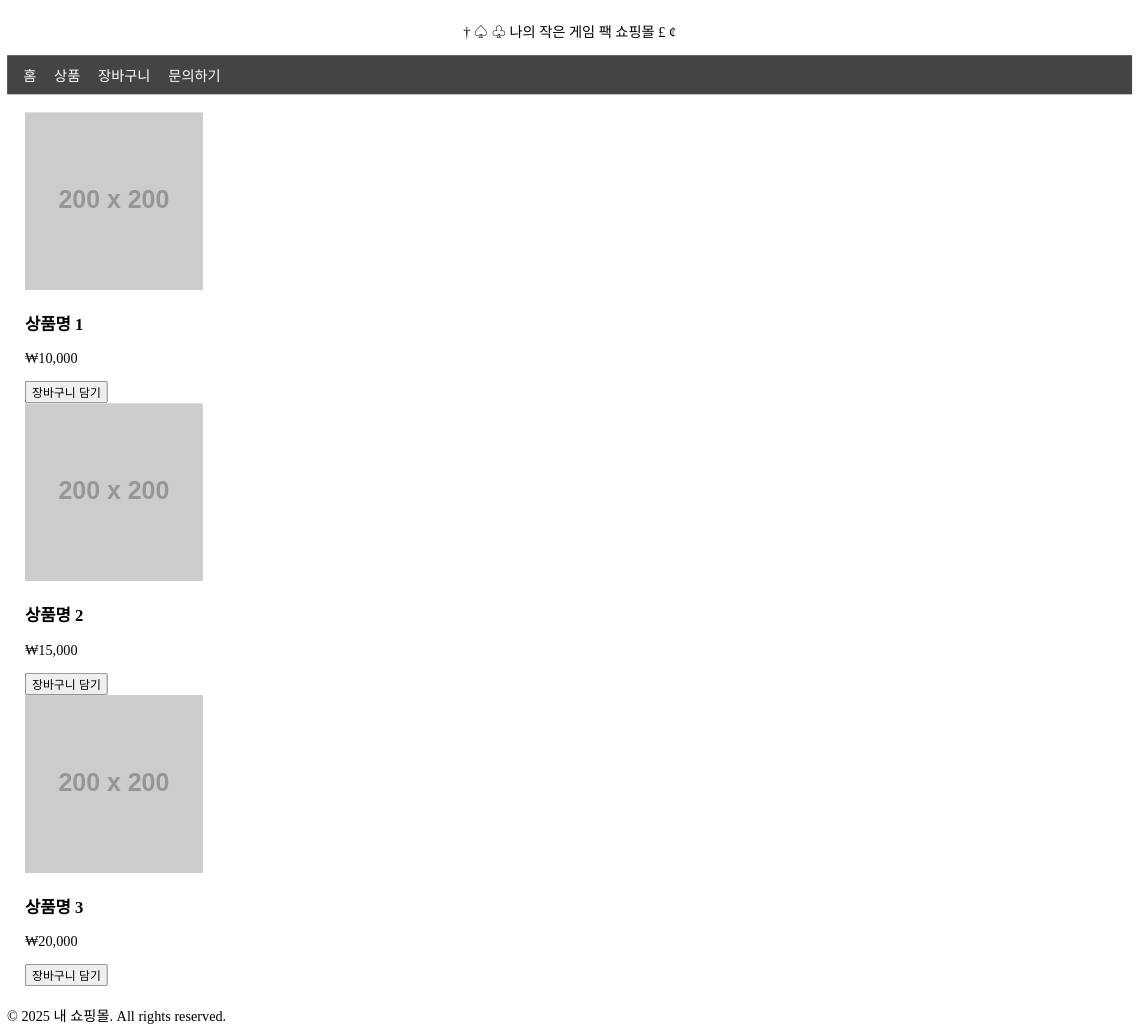
Repository: SeungYeon04/A_AssetsJSP
Page: http://localhost/JSP_Start01/
These files come from the project's save history. The page is drawn as it stood at one moment and after the next save; the edit follows.
The browser window is 1280 px wide. The pictures show the whole page, at 89% of full size.
Some web fonts or font styles are not loaded; a fallback is used. The page is served by Tomcat 9.

Above is the page before, as saved 2025-03-11 05:34:44.

### JSP_Start01/src/main/webapp/index.jsp
<%@ page language="java" contentType="text/html; charset=UTF-8"
    pageEncoding="UTF-8"%>
<!DOCTYPE html>
<html>
<head>
<meta charset="UTF-8">
<title>Insert title here</title>
</head>
<body>
	<header>† ♤ ♧  나의 작은 게임 팩 쇼핑몰 £ ¢</header>

    <nav>
        <a href="#">홈</a>
        <a href="#">상품</a>
        <a href="#">장바구니</a>
        <a href="#">문의하기</a>
    </nav>

    <div class="container">
        <div class="product">
            <img src="https://via.placeholder.com/200" alt="상품1">
            <h3>상품명 1</h3>
            <p>₩10,000</p>
            <button>장바구니 담기</button>
        </div>

        <div class="product">
            <img src="https://via.placeholder.com/200" alt="상품2">
            <h3>상품명 2</h3>
            <p>₩15,000</p>
            <button>장바구니 담기</button>
        </div>

        <div class="product">
            <img src="https://via.placeholder.com/200" alt="상품3">
            <h3>상품명 3</h3>
            <p>₩20,000</p>
            <button>장바구니 담기</button>
        </div>
    </div>

    <footer>© 2025 내 쇼핑몰. All rights reserved.</footer>
    <style>

    	body {
    		font-family: 'Ownglyph_ParkDaHyun';
    	}

    	header {
    		text-align: center;
    		padding: 15px 0;
    	}



	    @font-face {
		    font-family: 'Ownglyph_ParkDaHyun';
		    src: url('https://fastly.jsdelivr.net/gh/projectnoonnu/2411-3@1.0/Ownglyph_ParkDaHyun.woff2') format('woff2');
		    font-weight: normal;
		    font-style: normal;
		}

		nav {
			background-color: #444;
			padding: 10px;
			text-align: ceter;

			a {
				color: white;
            	text-decoration: none;
            	margin: 0 8px;
            	/*font-size: 18px;*/
			 }

			a:hover {
            	text-decoration: underline;
        	}
		}

		/* 메인콘텐츠 */

		.container {
			width: 80%;
			margin: 20px;


		}


    </style>
</body>
</html>

After the next save:
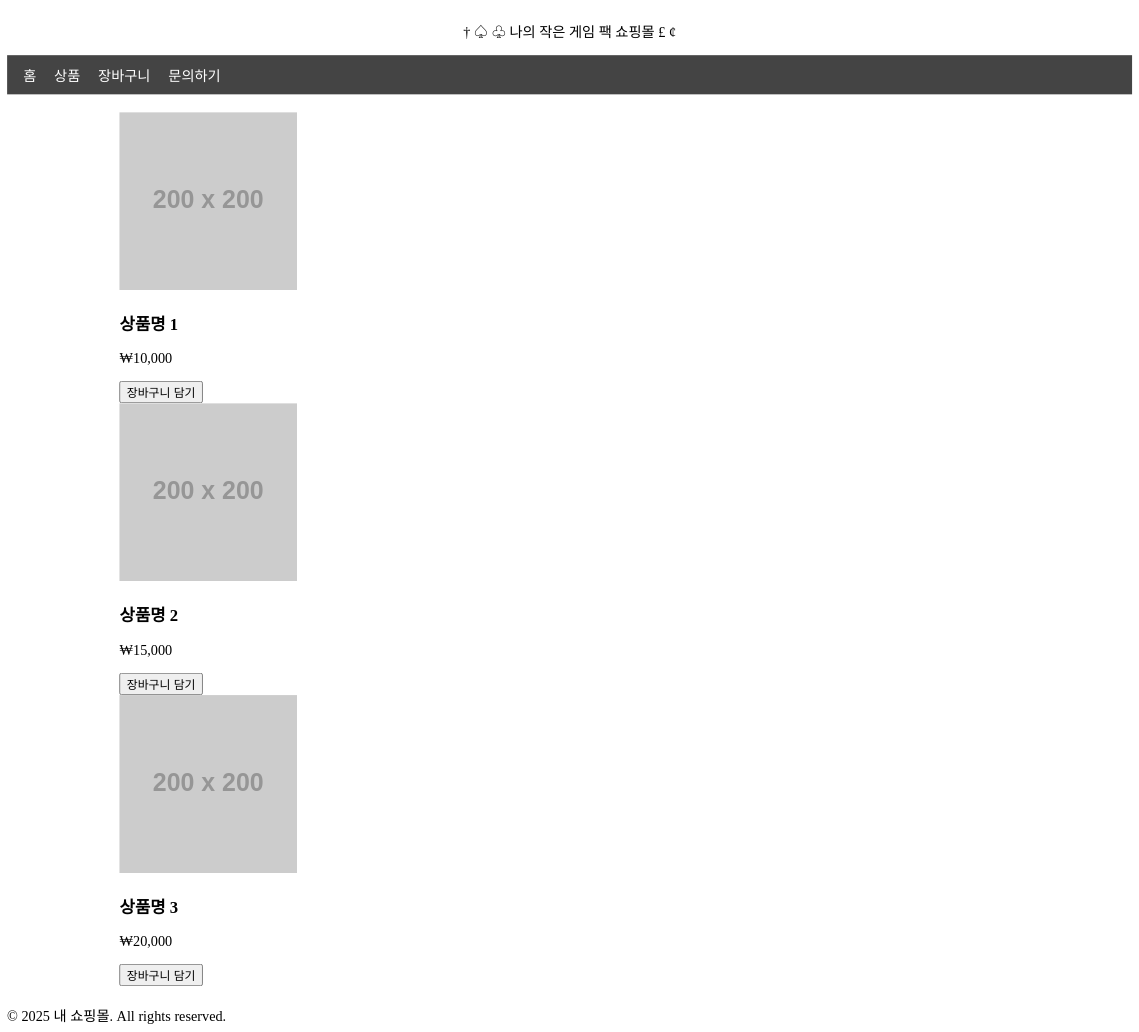
Saved 5 s later.
--- a/JSP_Start01/src/main/webapp/index.jsp
+++ b/JSP_Start01/src/main/webapp/index.jsp
@@ -81,7 +81,7 @@
 
 		.container {
 			width: 80%;
-			margin: 20px;
+			margin: 20px auto;
 
 
 		}
